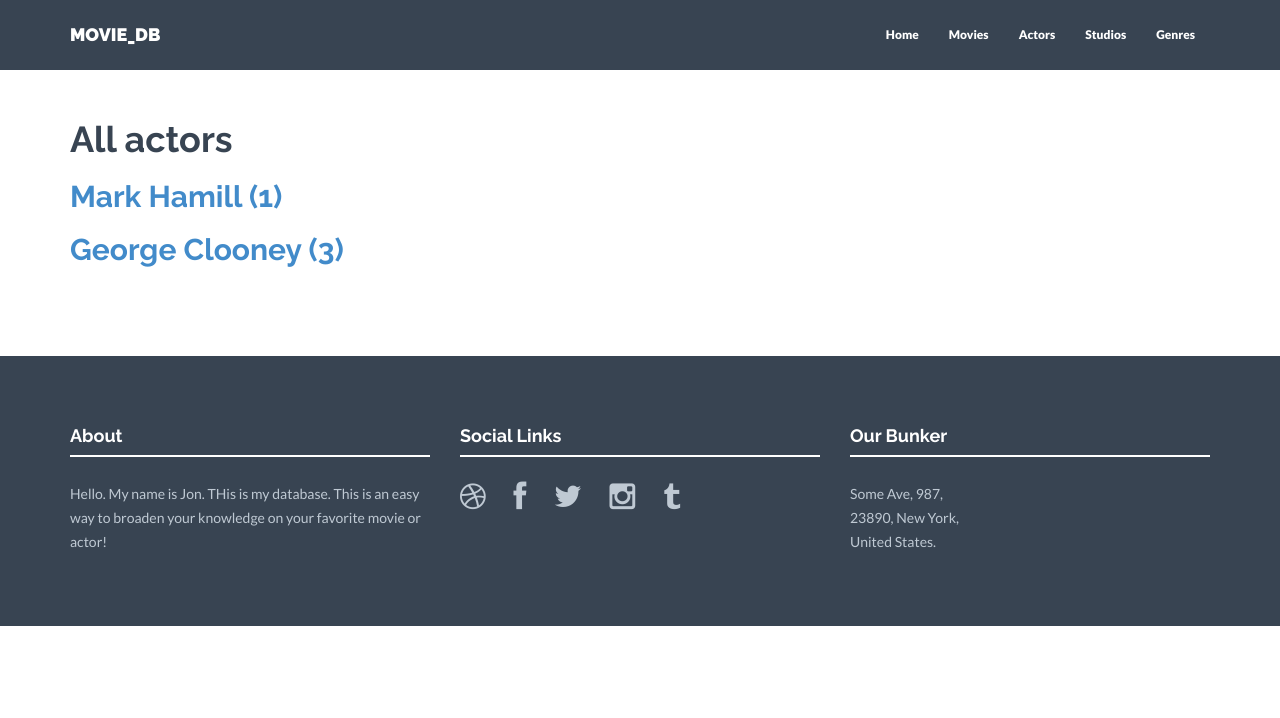
Repository: jonak91/Buzzerd-index
Page: http://localhost/actors.php
The author's editor kept a record of every edit. The page is drawn from the files as they stood at one moment, then again after the next edit.
The browser window is 1280 px wide. The pictures show the whole page.
Some web libraries are served in a nearby version. The page is run by PHP 8.4 with error messages shown; the project is at /var/www/html/. The database holds what the project's SQL file puts in it.

Above is the page before.
Not found: assets/js/modernizr.js

### actors.php
<?php require_once( 'incl/functions.php' ); ?>
<?php require_once( 'incl/header.php' ); ?>

 <div class="container mtb">
	 	<div class="row">

	 		<! -- MAIN CONTENAT AREA -->
	 		<div class="col-lg-8">
	 			<h1>All actors</h1>

		 		<?php
		 		$actors = get_actors();
		 		foreach ($actors as $actor) {
		 		$count = 0;

		 		$moviesfromactor = get_moviesfromactor($actor['aID']);
		 		foreach ($moviesfromactor as $moviefromactor) {
					$count++;
		 		}
		 		?>
		 		<h2><a href="actor.php?aID=<?php echo $actor['aID']; ?>"><?php echo $actor['first_name'].' '.$actor['last_name'].' ('.$count.')'; ?></a></h2>
		 		<?php } ?>
			</div><! --/ MAIN CONTENT AREA -->

	 </div><! --/row -->
	 </div><! --/container -->

<?php require_once( 'incl/footer.php' ); ?>

### incl/functions.php
<?php
require_once('database.php');

$host= '127.0.0.1';
$u= 'jonak91';
$p = '';
$d= 'movies';

global $db;
$db= new Database($d, $u, $p, $host);

function get_movies(){
	$db = $GLOBALS['db'];
	$results = $db->query("SELECT * FROM movies"); //updated
	return $db->resToArray($results);
}

function get_actors(){
	$db= $GLOBALS['db'];
	$results = $db->query("SELECT * FROM actors ORDER BY 'first_name'"); //updated
	return $db->resToArray($results);
}

function get_studios(){
	$db= $GLOBALS['db'];
	$results = $db->query("SELECT * FROM studio"); //updated
	return $db->resToArray($results);
}

function get_genres(){
	$db= $GLOBALS['db'];
	$results = $db->query("SELECT * FROM genre"); //updated
	return $db->resToArray($results);
}

function get_movie($mID){
	$db= $GLOBALS['db'];
	$query= "SELECT * FROM movies WHERE mID = '$mID'"; //updated
	return $db->get_row($query);
}

function get_actor($aID){
	$db= $GLOBALS['db'];
	$query= "SELECT * FROM actors WHERE aID = '$aID'"; //updated
	return $db->get_row($query);
}

function get_studio($sID){
	$db= $GLOBALS['db'];
	$query= "SELECT * FROM studio WHERE sID = '$sID'"; //updated
	return $db->get_row($query);
}

function get_genre($gID){
	$db= $GLOBALS['db'];
	$query= "SELECT * FROM genre WHERE gID = '$gID'"; //updated
	return $db->get_row($query);
}

function get_moviesfromstudio($id){  //works
	$db= $GLOBALS['db'];
	$results= $db->query("SELECT * FROM movies JOIN studio ON movies.studioID = studio.sID WHERE studio.sID = '$id'");
	return $db->resToArray($results);
}

function get_genresfrommovies($id){
	$db= $GLOBALS['db'];
	$results= $db->query("SELECT * FROM genre JOIN movie_genres ON genre.gID = movie_genres.genreID JOIN movies ON movie_genres.movieID = movies.mID WHERE movies.mID = '$id'");
	return $db->resToArray($results);
}

function get_moviesfromactor($id){ //works
	$db= $GLOBALS['db'];
	$results= $db->query("SELECT * FROM movies JOIN movie_actors ON movies.mID = movie_actors.movieID JOIN actors ON movie_actors.actorID = actors.aID WHERE actors.aID = '$id'");
	return $db->resToArray($results);
}

function get_moviesfromgenre($id){ //works
	$db= $GLOBALS['db'];
	$results= $db->query("SELECT * FROM movies JOIN movie_genres ON movies.mID = movie_genres.movieID JOIN genre ON movie_genres.genreID = genre.gID WHERE genre.gID = '$id'");
	return $db->resToArray($results);
}

function get_actorsfrommovies($id){  //works
	$db= $GLOBALS['db'];
	$results= $db->query("SELECT * FROM actors JOIN movie_actors ON actors.aID = movie_actors.actorID JOIN movies ON movie_actors.movieID = movies.mID WHERE movies.mID = '$id'");
	return $db->resToArray($results);
}

function add_movie($info){		//works
	$db= $GLOBALS['db'];
	extract($info);
	$submitted= $db->query("INSERT INTO movies VALUES('', '$title', '$year_released', '$synopsis', '$was_novel', '$studioID', CURRENT_TIMESTAMP)");

	if($submitted){
		print "<h3>$title submitted!</h3>";
	}
}

function add_actor($info){		//works
	$db= $GLOBALS['db'];
	extract($info);
	$submitted= $db->query("INSERT INTO actors VALUES('', '$first_name', '$last_name', '$bio', '$dob', '$won_oscar', CURRENT_TIMESTAMP)");

	if($submitted){
		print "<h3>$first_name $last_name submitted!</h3>";
	}
}

function add_genre($info){		//works
	$db= $GLOBALS['db'];
	extract($info);
	$submitted= $db->query("INSERT INTO genre VALUES('', '$name', CURRENT_TIMESTAMP)");

	if($submitted){
		print "<h3>$name submitted!</h3>";
	}
}

function add_studio($info){		//works
	$db= $GLOBALS['db'];
	extract($info);
	$submitted= $db->query("INSERT INTO studio VALUES('', '$name', '$city', '$state', '$zip', CURRENT_TIMESTAMP)");

	if($submitted){
		print "<h3>$name submitted!</h3>";
	}
}

function assign_atm($info){		//works
	$db= $GLOBALS['db'];
	extract($info);
	$submitted= $db->query("INSERT INTO movie_actors VALUES('', '$movie', '$actor', CURRENT_TIMESTAMP)");

	if($submitted){
		print "<h3>assigned</h3>";
	}
}

function assign_gtm($info){		//works
	$db= $GLOBALS['db'];
	extract($info);
	$submitted= $db->query("INSERT INTO movie_genres VALUES('', '$movie', '$genre', CURRENT_TIMESTAMP)");

	if($submitted){
		print "<h3>assigned</h3>";
	}
}


?>
>

### incl/database.php
<?php
class Database{
        var $dbName;
        var $user;
        var $password;
        var $host;
        var $lastID;
        var $dbConn;

        //constructor
        function __construct($db, $u, $p, $h){
                $this->dbName= $db;
                $this->user= $u;
                $this->password= $p;
                $this->host= $h;

                //metadata to get entire table list?
        }

        //any query
        function query($query){
                        $this->dbConn= new mysqli($this->host, $this->user, $this->password, $this->dbName);
                        if($this->dbConn->connect_errno > 0){
                                die('Unable to connect to database [' . $dbh->connect_error . ']');
                        }

                        $result= $this->dbConn->query($query) or die('There was an error running the query [' . $this->dbConn->error . ']');
                        $this->lastID= $this->dbConn->insert_id;
                        $this->dbConn->close();

                        return $result;
        }

        function resToArray($res){
                $data= array();
                while($info= mysqli_fetch_assoc($res)){
                        $data[]= $info;
                }

                return $data;
        }

        function get_column($query){

                $res= $this->query($query);

                $data= array();

                while($info= mysqli_fetch_assoc($res)){
                        $key= array_keys($info);
                        $key= $key[0];
                        $data[]= $info[$key];
                }

                return $data;
        }

        function get_row($query){
                $res= $this->query($query);
                $res= $this->resToArray($res);

            return ($res == false) ? $res : $res[0];
        }

        function get_var($query){
                $res= $this->query($query);

                $info= mysqli_fetch_array($res);

                return $info[0];
        }


        function get_mysql_timestamp(){
                return date('Y-m-d H:i:s', time());
        }

        function print_array( $a ) {
        ?>
          <pre>
          <?php var_dump( $a ); ?>
          </pre>
        <?php
        }


        function clean_array($info){
                foreach($info as $key => $val){
                        $info["$key"]= $this->clean($val);
                }

                return $info;
        }


        function clean($a){
                $this->dbConn= new mysqli($this->host, $this->user, $this->password, $this->dbName);
                $a= $this->dbConn->real_escape_string($a);
                $this->dbConn->close();

                return $a;
        }

}


?>

### incl/header.php
<!DOCTYPE html>
<html lang="en">
  <head>
    <meta charset="utf-8">
    <meta http-equiv="X-UA-Compatible" content="IE=edge">
    <meta name="viewport" content="width=device-width, initial-scale=1">
    <meta name="description" content="">
    <meta name="author" content="">
    <link rel="shortcut icon" href="assets/ico/favicon.ico">

    <title>SOLID - Bootstrap 3 Theme</title>

    <!-- Bootstrap core CSS -->
    <link href="assets/css/bootstrap.css" rel="stylesheet">

    <!-- Custom styles for this template -->
    <link href="assets/css/style.css" rel="stylesheet">
    <link href="assets/css/font-awesome.min.css" rel="stylesheet">


    <!-- Just for debugging purposes. Don't actually copy this line! -->
    <!--[if lt IE 9]><script src="../../assets/js/ie8-responsive-file-warning.js"></script><![endif]-->

    <!-- HTML5 shim and Respond.js IE8 support of HTML5 elements and media queries -->
    <!--[if lt IE 9]>
      <script src="https://oss.maxcdn.com/libs/html5shiv/3.7.0/html5shiv.js"></script>
      <script src="https://oss.maxcdn.com/libs/respond.js/1.4.2/respond.min.js"></script>
    <![endif]-->

    <script src="assets/js/modernizr.js"></script>
  </head>

  <body>

    <!-- Fixed navbar -->
    <div class="navbar navbar-default navbar-fixed-top" role="navigation">
      <div class="container">
        <div class="navbar-header">
          <button type="button" class="navbar-toggle" data-toggle="collapse" data-target=".navbar-collapse">
            <span class="sr-only">Toggle navigation</span>
            <span class="icon-bar"></span>
            <span class="icon-bar"></span>
            <span class="icon-bar"></span>
          </button>
          <a class="navbar-brand" href="index.php">MOVIE_DB</a>
        </div>
        <div class="navbar-collapse collapse navbar-right">
          <ul class="nav navbar-nav">
            <li><a href="index.php">Home</a></li>
            <li><a href="movies.php">Movies</a></li>
            <li><a href="actors.php">Actors</a></li>
            <li><a href="studios.php">Studios</a></li>
            <li><a href="genres.php">Genres</a></li>
          </ul>
        </div><!--/.nav-collapse -->
      </div>
    </div>

### incl/footer.php


	<!-- *****************************************************************************************************************
	 FOOTER
	 ***************************************************************************************************************** -->
	 <div id="footerwrap">
	 	<div class="container">
		 	<div class="row">
		 		<div class="col-lg-4">
		 			<h4>About</h4>
		 			<div class="hline-w"></div>
		 			<p>Hello. My name is Jon. THis is my database. This is an easy way to broaden your knowledge on your favorite movie or actor!</p>
		 		</div>
		 		<div class="col-lg-4">
		 			<h4>Social Links</h4>
		 			<div class="hline-w"></div>
		 			<p>
		 				<a href="#"><i class="fa fa-dribbble"></i></a>
		 				<a href="#"><i class="fa fa-facebook"></i></a>
		 				<a href="#"><i class="fa fa-twitter"></i></a>
		 				<a href="#"><i class="fa fa-instagram"></i></a>
		 				<a href="#"><i class="fa fa-tumblr"></i></a>
		 			</p>
		 		</div>
		 		<div class="col-lg-4">
		 			<h4>Our Bunker</h4>
		 			<div class="hline-w"></div>
		 			<p>
		 				Some Ave, 987,<br/>
		 				23890, New York,<br/>
		 				United States.<br/>
		 			</p>
		 		</div>

		 	</div><! --/row -->
	 	</div><! --/container -->
	 </div><! --/footerwrap -->

    <!-- Bootstrap core JavaScript
    ================================================== -->
    <!-- Placed at the end of the document so the pages load faster -->
    <script src="https://ajax.googleapis.com/ajax/libs/jquery/1.11.0/jquery.min.js"></script>
    <script src="assets/js/bootstrap.min.js"></script>
	<script src="assets/js/retina-1.1.0.js"></script>
	<script src="assets/js/jquery.hoverdir.js"></script>
	<script src="assets/js/jquery.hoverex.min.js"></script>
	<script src="assets/js/jquery.prettyPhoto.js"></script>
  	<script src="assets/js/jquery.isotope.min.js"></script>
  	<script src="assets/js/custom.js"></script>


  </body>
</html>

### assets/css/style.css
/*	################################################################

	Author: Carlos Alvarez
	URL: http://alvarez.is

	Project Name: SOLID - Bootstrap 3 Theme
	Version: 1.0
	URL: http://alvarez.is

################################################################# */
@import url(http://fonts.googleapis.com/css?family=Raleway:400,700,900);
@import url(http://fonts.googleapis.com/css?family=Lato:400,900);
@import url("prettyPhoto.css") screen;
@import url("hoverex-all.css") screen;

/*	################################################################
	1. GENERAL STRUCTURES
################################################################# */
	* {
		margin: 0;
		padding: 0px;
	}

body {
	background: #ffffff;
	margin: 0;
	height: 100%;
	color: #384452;
	font-family: 'Lato', sans-serif;
	font-weight: 400;
	}

h1, h2, h3, h4, h5, h6 {
	font-family: 'Raleway', sans-serif;
	font-weight: 700;
}

p {
	padding: 0;
	margin-bottom: 12px;
	font-family: 'Lato', sans-serif;
	font-weight: 400;
	font-size: 14px;
	line-height: 24px;
	color: #384452;
	margin-top: 10px;
}

img {
	height: auto;
	max-width: 100%;
}

a {
	padding: 0;
	margin: 0;
	text-decoration: none;
	-webkit-transition: background-color .4s linear, color .4s linear;
	-moz-transition: background-color .4s linear, color .4s linear;
	-o-transition: background-color .4s linear, color .4s linear;
	-ms-transition: background-color .4s linear, color .4s linear;
	transition: background-color .4s linear, color .4s linear;
}
a:hover,
a:focus {
  text-decoration: none;
  color:#01b2fe;
}

::-moz-selection  {
	color: #fff;
	text-shadow:none;
	background:#2B2E31;
}
::selection {
	color: #fff;
	text-shadow:none;
	background:#2B2E31;
}

.centered {
	text-align: center
}

/*	################################################################
	BOOTSTRAP MODIFICATIONS & TWEAKS
################################################################# */
.navbar {
	min-height: 70px;
	padding-top: 10px;
	margin-bottom: 0px;
}

.navbar-brand {
	font-family: 'Raleway', sans-serif;
	font-weight: 900;
}

.navbar-header .navbar-brand {
	color: white;
}

.navbar-default .navbar-nav > li > a {
	color: white;
	font-weight: 700;
	font-size: 12px;
}

.navbar-default .navbar-nav > li > a:hover {
	color: #00b3fe;
}

.navbar-default .navbar-nav > .active > a, .navbar-default .navbar-nav > .active > a:hover, .navbar-default .navbar-nav > .active > a:focus {
	color: #00b3fe;
	background-color: transparent;
}

.navbar-default {
	background-color: #384452;
	border-color: transparent;
}

.dropdown-menu {
	background: #384452;
}

.dropdown-menu > li > a {
	color: white;
	font-weight: 700;
	font-size: 12px;
}

.btn-theme {
  color: #fff;
  background-color: #384452;
  border-color: #384452;
  margin: 4px;
}
.btn-theme:hover,
.btn-theme:focus,
.btn-theme:active,
.btn-theme.active,
.open .dropdown-toggle.btn-theme {
  color: #fff;
  background-color: #00b3fe;
  border-color: #00b3fe;
}

.dmbutton:hover,
.dmbutton:active,
.dmbutton:focus{
	color: #ffffff;
	background-color: #222222;
	border-color: #ffffff;
}
.dmbutton {
	background:rgba(0, 0, 0, 0);
	border: 1px solid #ffffff;
	color: #ffffff;
	-webkit-border-radius: 2px;
	border-radius: 2px;
	padding-top: 1.025rem;
	padding-right: 2.25rem;
	letter-spacing:0.85px;
	padding-bottom: 1.0875rem;
	padding-left: 2.25rem;
	font-size: 1.55rem;
	cursor: pointer;
	font-weight: normal;
	line-height: normal;
	margin: 0 0 1.25rem;
	text-decoration: none;
	text-align: center;
	display: inline-block;
	-webkit-transition: background-color 300ms ease-out;
	-moz-transition: background-color 300ms ease-out;
	transition: background-color 300ms ease-out;
	-webkit-appearance: none;
	font-weight: normal !important;
}

.mtb {
	margin-top: 80px;
	margin-bottom: 80px;
}

.mb {
	margin-bottom: 60px;
}

.mt {
	margin-top: 60px;
}

.hline {
	border-bottom: 2px solid #384452;
}

.hline-w {
	border-bottom: 2px solid #ffffff;
	margin-bottom: 25px;
}
/*	################################################################
	SITE WRAPS
################################################################# */

#headerwrap {
	background-color: #00b3fe;
	min-height: 550px;
	padding-top: 100px;
	padding-bottom: 0px;
	text-align: center;
}

#headerwrap h3, h5 {
	color: white;
	font-weight: 400;
}

#headerwrap h1 {
	color: white;
	margin-bottom: 25px;
}

#headerwrap .img-responsive {
	margin: 0 auto;
}

/* Services Wrap */
#service {
	margin-top: 100px;
	margin-bottom: 80px;
}

#service i {
	color: #00b3fe;
	font-size: 60px;
	padding: 15px;
}

/* Portfolio Wrap */
#portfoliowrap {
	padding-top: 60px;
	margin-bottom: 60px;
	display: block;
	text-align: center
}

#portfoliowrap h3 {
	margin-bottom: 25px;
}

.portfolio {
	padding:0 !important;
	margin:0 !important;
	display:block;
}


.portfolio-item .title:before {border-radius:0; display:none}
.portfolio-item p {margin:0px 0 30px;}
.portfolio-item h3 {margin:-10px 0 10px; font-size:16px; text-transform:uppercase;}


.tpl6 h3
{
	color:#fff;
	margin:0;
	padding:40px 5px 0;
	font-size:16px;
	text-transform:uppercase;
}
.tpl6 .dmbutton
{
	display:inline-block;
	margin:30px 5px 20px 5px;
	font-size:13px;
}

.tpl6 .bg
{
	height:100%;
	width:100%;
	background-color:#00b3fe;
	background-color:rgba(0,179,254,.9);
	text-align:center;
}

/* Testimonials Wrap */
#twrap {
	background: url(../img/t-back.jpg) no-repeat center top;
	margin-top: 0px;
	padding-top:60px;
	text-align:center;
	background-attachment: relative;
	background-position: center center;
	min-height: 450px;
	width: 100%;

    -webkit-background-size: 100%;
    -moz-background-size: 100%;
    -o-background-size: 100%;
    background-size: 100%;

    -webkit-background-size: cover;
    -moz-background-size: cover;
    -o-background-size: cover;
    background-size: cover;
}

#twrap i {
	font-size: 50px;
	color: white;
	margin-bottom: 25px;
}

#twrap p {
	color: white;
	font-size: 15px;
	line-height: 30px;
}

/* clients logo */
#cwrap {
	background: #f7f7f7;
	margin-top: 0px;
	padding-top: 80px;
	padding-bottom: 100px;
}

#cwrap h3 {
	margin-bottom: 60px;
}

/* Footer */
#footerwrap {
	padding-top: 60px;
	padding-bottom: 60px;
	background: #384452;
}

#footerwrap p {
	color: #bfc9d3;
}

#footerwrap h4 {
	color: white;
}

#footerwrap i {
	font-size: 30px;
	color: #bfc9d3;
	padding-right: 25px;
}

#footerwrap i:hover {
	color: #00b3fe
}

/*	################################################################
	PAGE CONFIGURATIONS
################################################################# */
/* General Tweaks */

#blue {
	background: #00b3fe;
	margin-top: 60px;
	margin-bottom: 60px;
	padding-top: 25px;
	padding-bottom: 25px;
}

#blue h3 {
	color: white;
	margin-left: 15px;
}

.ctitle {
	color: #00b3fe;
	font-weight: 700;
	margin-bottom: 15px;
}

csmall {
	font-size: 12px;
	color: #b3b3b3;
}
csmall2 {
	font-size: 12px;
	color: #f39c12
}

.spacing {
	margin-top: 40px;
	margin-bottom: 40px;
}

.badge-theme {
	background: #00b3fe;
}

/* Contact Page */
#contactwrap {
	background: url(../img/contact.jpg) no-repeat center top;
	margin-top: -60px;
	padding-top:0px;
	text-align:center;
	background-attachment: relative;
	background-position: center center;
	min-height: 400px;
	width: 100%;

    -webkit-background-size: 100%;
    -moz-background-size: 100%;
    -o-background-size: 100%;
    background-size: 100%;

    -webkit-background-size: cover;
    -moz-background-size: cover;
    -o-background-size: cover;
    background-size: cover;
}

/* Blog Page */
.popular-posts {
	margin: 0px;
	padding-left: 0px;
	}

.popular-posts li {
	list-style: none;
	margin-bottom: 20px;
	min-height: 70px;
}
.popular-posts li a,
.popular-posts li a:hover {
	color:#2f2f2f;
	text-decoration: none;
	}

.popular-posts li img {
	float: left;
	margin-right: 20px;
	}

.popular-posts li em {
	font-family: 'Lato', sans-serif;
	font-size: 12px;
	color: #b3b3b3
	}

.popular-posts p {
	line-height: normal;
	margin-bottom: auto;
}

.share i {
	padding-right: 15px;
	font-size: 18px;
}

### job.sql (the tables this page reads)
CREATE TABLE IF NOT EXISTS `actors` (
`aID` mediumint(9) NOT NULL,
  `first_name` varchar(25) NOT NULL,
  `last_name` varchar(30) NOT NULL,
  `bio` longtext NOT NULL,
  `dob` date NOT NULL,
  `won_oscar` tinyint(4) NOT NULL,
  `timestamp` timestamp NOT NULL DEFAULT CURRENT_TIMESTAMP ON UPDATE CURRENT_TIMESTAMP
) ENGINE=InnoDB AUTO_INCREMENT=3 DEFAULT CHARSET=latin1;

INSERT INTO `actors` (`aID`, `first_name`, `last_name`, `bio`, `dob`, `won_oscar`, `timestamp`) VALUES
(1, 'Mark', 'Hamill', 'I suggest you try it again, Luke. This time, let go your conscious self and act on instinct. Leave that to me. Send a distress signal, and inform the Senate that all on board were killed. The Force is strong with this one. I have you now. What good is a reward if you ain''t around to use it? Besides, attacking that battle station ain''t my idea of courage. It''s more likeâ€¦suicide. Hokey religions and ancient weapons are no match for a good blaster at your side, kid', '1951-09-25', 0, '2014-11-21 13:15:23'),
(2, 'George', 'Clooney', 'Inflammable means flammable? What a country. Hi. I''m Troy McClure. You may remember me from such self-help tapes as "Smoke Yourself Thin" and "Get Some Confidence, Stupid!" Here''s to alcohol, the cause of â€” and solution to â€” all life''s problems. When I held that gun in my hand, I felt a surge of powerâ€¦like God must feel when he''s holding a gun. We started out like Romeo and Juliet, but it ended up in tragedy.', '1961-05-06', 1, '2014-11-21 13:15:23');

ALTER TABLE `actors`
 ADD PRIMARY KEY (`aID`);

ALTER TABLE `actors`
MODIFY `aID` mediumint(9) NOT NULL AUTO_INCREMENT,AUTO_INCREMENT=3;

CREATE TABLE IF NOT EXISTS `movie_actors` (
`maID` int(11) NOT NULL,
  `movieID` mediumint(9) NOT NULL,
  `actorID` mediumint(9) NOT NULL,
  `timestamp` timestamp NOT NULL DEFAULT CURRENT_TIMESTAMP ON UPDATE CURRENT_TIMESTAMP
) ENGINE=InnoDB AUTO_INCREMENT=5 DEFAULT CHARSET=latin1;

INSERT INTO `movie_actors` (`maID`, `movieID`, `actorID`, `timestamp`) VALUES
(1, 1, 1, '2014-11-21 13:15:39'),
(2, 2, 2, '2014-11-21 13:15:39'),
(3, 3, 2, '2014-11-21 13:24:14'),
(4, 4, 2, '2014-11-21 13:24:14');

ALTER TABLE `movie_actors`
 ADD PRIMARY KEY (`maID`);

ALTER TABLE `movie_actors`
MODIFY `maID` int(11) NOT NULL AUTO_INCREMENT,AUTO_INCREMENT=5;

CREATE TABLE IF NOT EXISTS `movies` (
`mID` mediumint(9) NOT NULL,
  `title` varchar(50) NOT NULL,
  `year_released` year(4) NOT NULL,
  `synopsis` longtext NOT NULL,
  `was_novel` tinyint(4) NOT NULL,
  `studioID` mediumint(9) NOT NULL,
  `timestamp` timestamp NOT NULL DEFAULT CURRENT_TIMESTAMP ON UPDATE CURRENT_TIMESTAMP
) ENGINE=InnoDB AUTO_INCREMENT=5 DEFAULT CHARSET=latin1;

INSERT INTO `movies` (`mID`, `title`, `year_released`, `synopsis`, `was_novel`, `studioID`, `timestamp`) VALUES
(1, 'Star Wars: A New Hope', 1977, 'Hokey religions and ancient weapons are no match for a good blaster at your side, kid. You''re all clear, kid. Let''s blow this thing and go home! I suggest you try it again, Luke. This time, let go your conscious self and act on instinct.', 0, 1, '2014-11-21 13:13:25'),
(2, 'Men Who Stare at Goats', 2009, 'Did you dress her up like this? Who''s that then? I''m not a witch. But you are dressed as oneâ€¦ Well, how''d you become king, then?', 1, 2, '2014-11-21 13:13:25'),
(3, 'Ocean''s Eleven', 2001, 'Ut enim ad minim veniam, quis nostrud exercitation ullamco. Sed ut perspiciatis unde omnis iste natus error sit voluptatem. Cupiditate non provident, similique sunt in culpa qui officia deserunt mollitia. Ut enim ad minima veniam, quis nostrum exercitationem ullam corporis suscipit laboriosam.', 0, 3, '2014-11-21 13:21:49'),
(4, 'Ocean''s Twleve', 2004, 'Eaque ipsa quae ab illo inventore veritatis et quasi. Architecto beatae vitae dicta sunt explicabo. Et iusto odio dignissimos ducimus qui blanditiis praesentium voluptatum deleniti atque. Cupiditate non provident, similique sunt in culpa qui officia deserunt mollitia. Fugiat quo voluptas nulla pariatur? Nihil molestiae consequatur, vel illum qui dolorem eum.', 0, 3, '2014-11-21 13:21:49');

ALTER TABLE `movies`
 ADD PRIMARY KEY (`mID`);

ALTER TABLE `movies`
MODIFY `mID` mediumint(9) NOT NULL AUTO_INCREMENT,AUTO_INCREMENT=5;

Loaded but not shown: assets/css/bootstrap.css (library); assets/css/font-awesome.min.css (library); assets/js/bootstrap.min.js (library); assets/js/jquery.hoverdir.js (library); assets/js/jquery.hoverex.min.js (library); assets/js/jquery.prettyPhoto.js (library); assets/js/jquery.isotope.min.js (library); assets/js/custom.js (common file); assets/js/retina-1.1.0.js (151 lines, source omitted); assets/css/hoverex-all.css (2838 lines, source omitted); assets/css/prettyPhoto.css (170 lines, source omitted)

After the next edit:
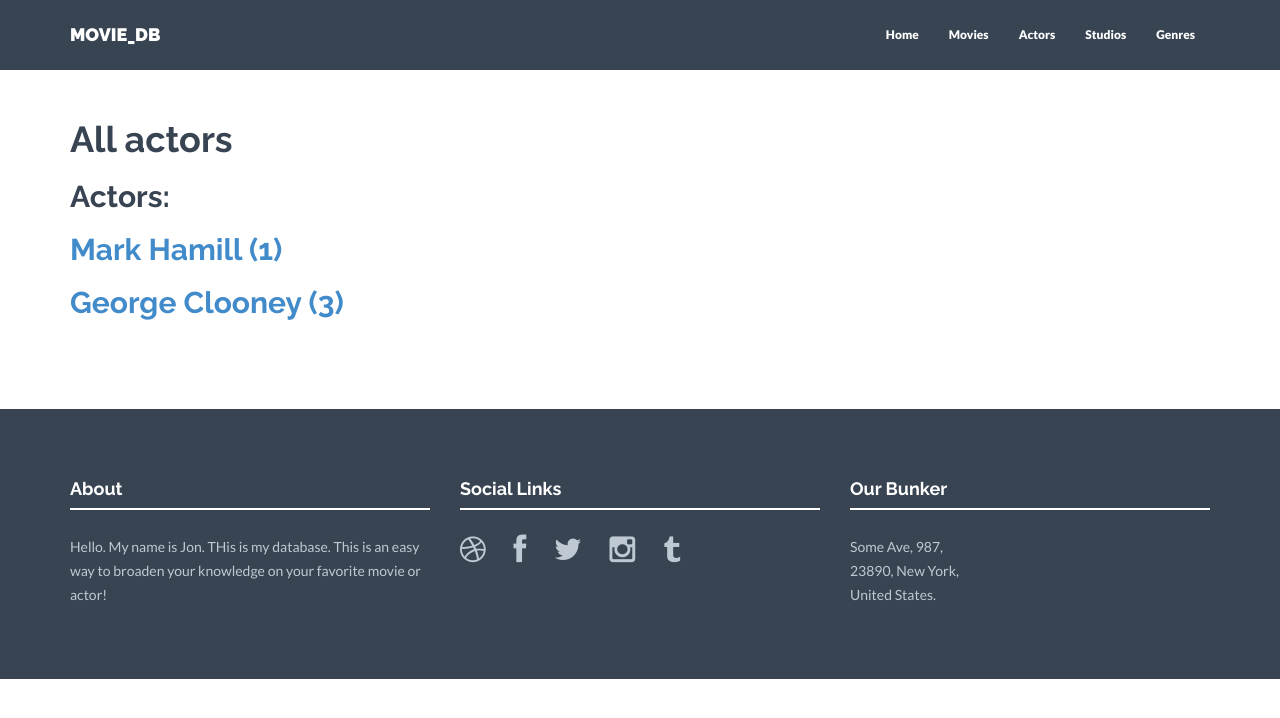
The edit:
--- a/actors.php
+++ b/actors.php
@@ -8,6 +8,8 @@
 	 		<div class="col-lg-8">
 	 			<h1>All actors</h1>
 
+
+		 		<h2>Actors:</h2>
 		 		<?php
 		 		$actors = get_actors();
 		 		foreach ($actors as $actor) {
